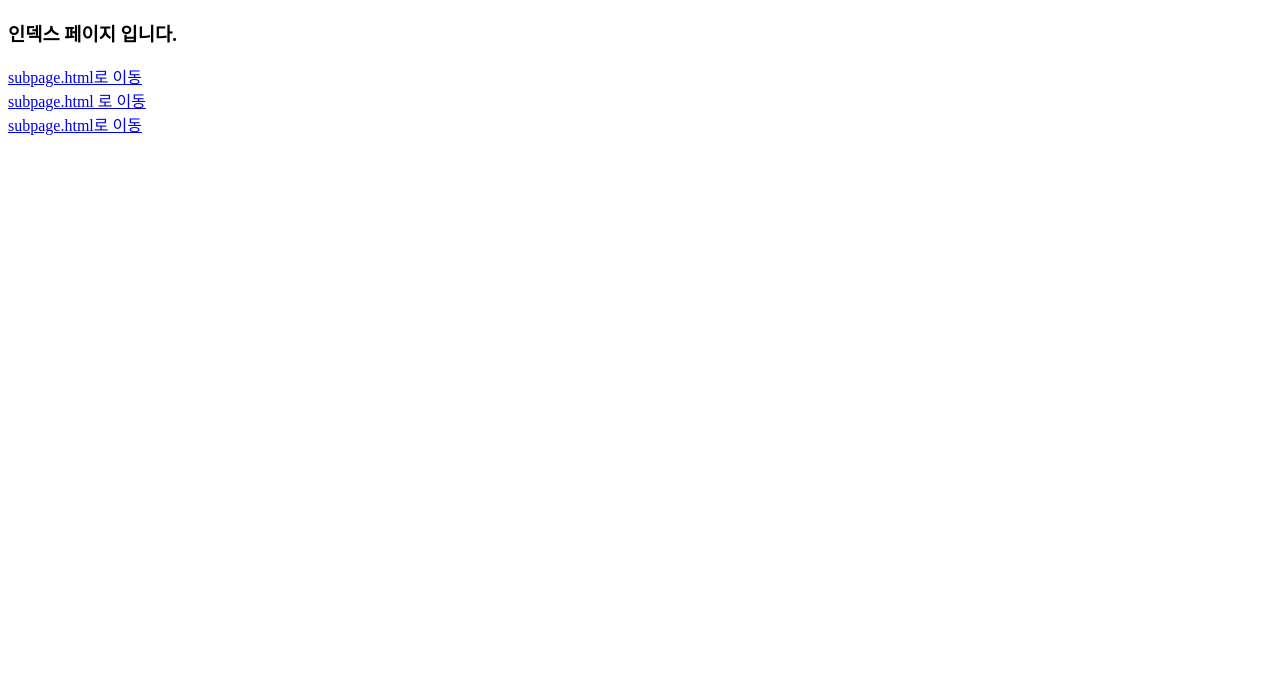
Repository: hyunhee7/web_work
Page: Step01_Path/WebContent/index.html
These files come from the project's save history. The page is drawn as it stood at one moment and after the next save; the edit follows.
The browser window is 1280 px wide. The pictures show the whole page.

Above is the page before, as saved 2017-06-20 02:57:42.

### Step01_Path/WebContent/index.html
<!DOCTYPE html>
<html>
<head>
<meta charset="UTF-8">
<title>index.html</title>
</head>
<body>
<h3>인덱스 페이지 입니다.</h3>
<!-- 상대 경로를 이용한 이동 -->
<a href="path1/subpage.html">subpage.html로 이동</a> <br/>
<!-- 절대 경로를 이용한 이동 :   /Project name or ContextPath/WebContent Name/Folder Name/요청페이지 -->
<a href="/Step01_Path/path1/subpage.html">subpage.html 로 이동</a> <br/>
<!-- 인터넷 상에서의 절대 경로를 이용한 이동 -->
<a href="http://localhost:8888/Step01_Path/path1/subpage.html">subpage.html로 이동</a> <br/>
</body>
</html>

After the next save:
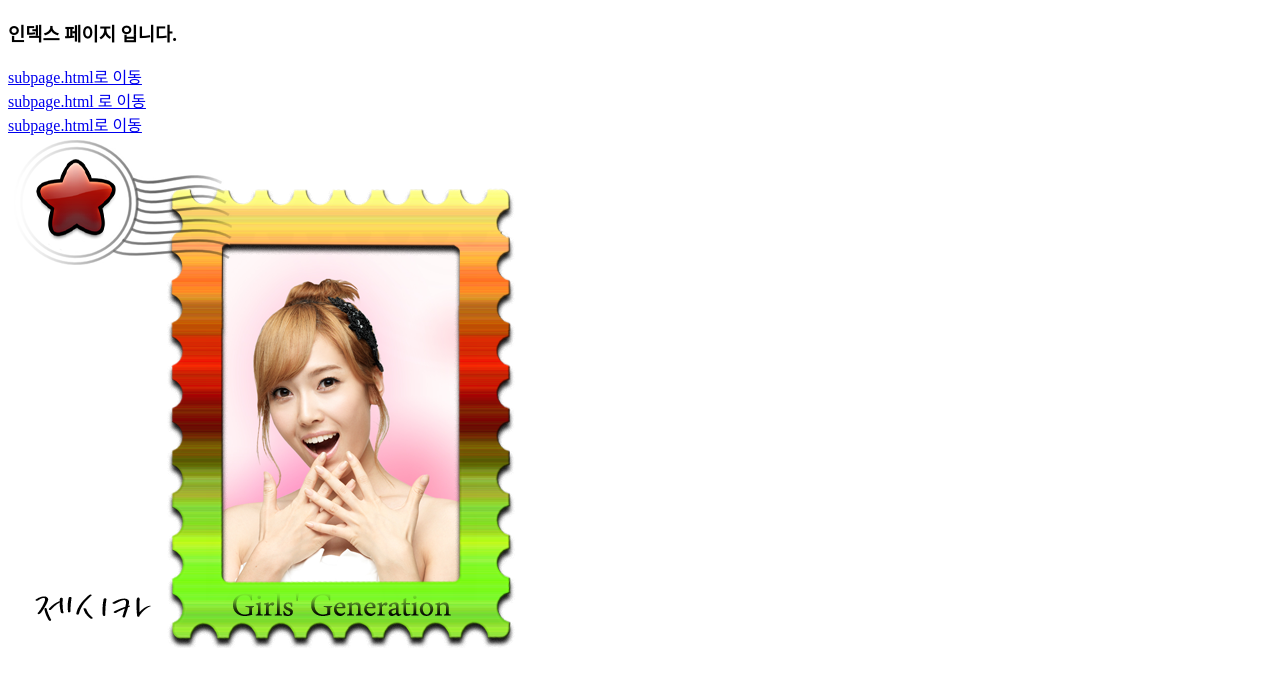
Saved 3 min 0 s later.
--- a/Step01_Path/WebContent/index.html
+++ b/Step01_Path/WebContent/index.html
@@ -12,5 +12,7 @@
 <a href="/Step01_Path/path1/subpage.html">subpage.html 로 이동</a> <br/>
 <!-- 인터넷 상에서의 절대 경로를 이용한 이동 -->
 <a href="http://localhost:8888/Step01_Path/path1/subpage.html">subpage.html로 이동</a> <br/>
+<!-- images 폴더의 image1.png 이미지를 출력해보세요 -->
+<img src="images/image1.png" alt="" />
 </body>
 </html>
